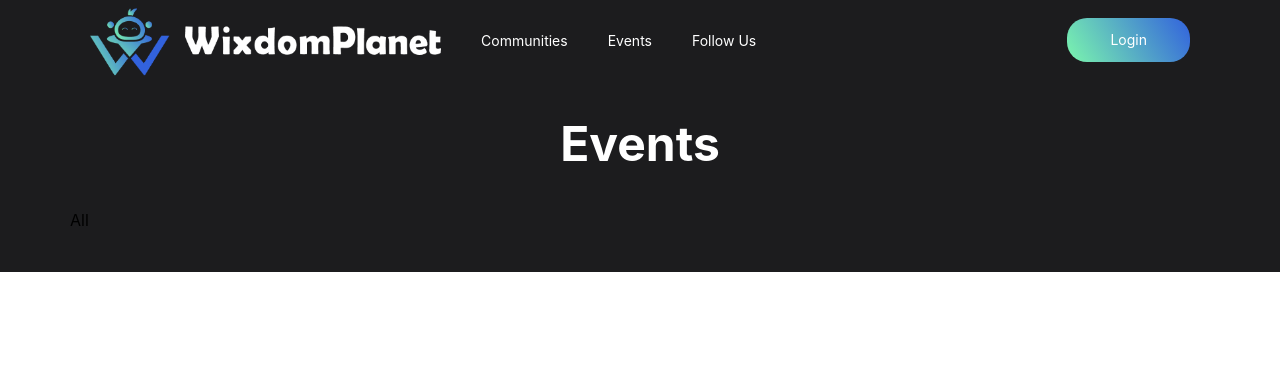
Repository: haudnn/WixdomPlanet-demo
Page: /
The author's editor kept a copy of each file at every save. The page is drawn from the files as they stood at one save, then again after the next save.
The browser window is 1280 px wide. The pictures show the whole page.
The project was rebuilt for these pictures with package versions that can differ from the ones it lists, and the page was loaded fresh each time. Also part of the build but not shown: vite.config.js, src/App.css.

Above is the page before, as saved 2023-02-03 09:57:30.

### src/App.jsx
import "./App.css";
import { BrowserRouter } from "react-router-dom";
import Header from "./components/Layout/Header";
import RoutesConfig from "./config/RoutesConfig";
function App() {
  return (
    <div className="App bg-[#1c1c1e]">
      <BrowserRouter>
        <Header />
        <RoutesConfig/>
      </BrowserRouter>
    </div>
  );
}

export default App;

### src/index.css
@tailwind base;
@tailwind components;
@tailwind utilities;

:root {
  font-family: Inter, system-ui, Avenir, Helvetica, Arial, sans-serif;
}

### src/components/Layout/Header.jsx
import React from 'react'
import { Link } from 'react-router-dom'
import logo from "../../assets/imgs/logo.png"
const Header = () => {
  return (
    <header className='h-[80px]'>
        <div className='max-w-[1140px] my-0 mx-auto h-full px-5'>
            <div className='flex items-center justify-between h-full'>
                <div className='flex items-center gap-x-10'>
                    <div className='h-[80px]'>
                        <Link to="/">
                            <img src={logo} alt="Logo" className='w-full h-full object-cover' />
                        </Link>
                    </div>
                    <ul className='flex items-center gap-x-10'>
                        <li>
                            <Link className='text-sm text-white' to="/communities">Communities</Link>
                        </li>
                        <li>
                            <Link className='text-sm text-white' to="/events">Events</Link>
                        </li>
                        <li>
                            <Link className='text-sm text-white' to="/follow">Follow Us</Link>
                        </li>
                    </ul>
                </div>
                <button style={{background: "linear-gradient(239deg,#3262dd,#7af4ae 98.78%)"}} className='text-sm text-white rounded-[20px] py-3 px-[43px]'>
                    <Link to="/login">Login</Link>
                </button>
            </div>
        </div>
    </header>
  )
}

export default Header

### src/config/RoutesConfig.jsx
import { Routes, Route } from 'react-router-dom';
import routes from '../constants/routes';
function RoutesConfig() {
  return (
    <Routes>
      {routes.map(({ path, component }) => (
        <Route key={path} path={path} element={component} />
      ))}
    </Routes>
  );
}
export default RoutesConfig;

### src/constants/routes.jsx
import Home from "../features/Home";

const routes = [
    {
      path: '/',
      component: <Home/>,
    },
]
export default routes;

### src/features/Home.jsx
import React from 'react'

const Home = () => {
  return (
    <section className='home py-10 max-w-[1140px] my-0 mx-auto'>
        <div className='text-center'>
            <span className="text-white font-bold text-5xl ">Events</span>
        </div>
        <div className='mt-10 flex items-center justify-between'>
            <ul>
                <li>
                    <span>All</span>
                </li>
            </ul>
        </div>
    </section>
  )
}

export default Home

Loaded but not shown: index.html (common file); src/main.jsx (common file); tailwind.config.cjs (common file)

After the next save:
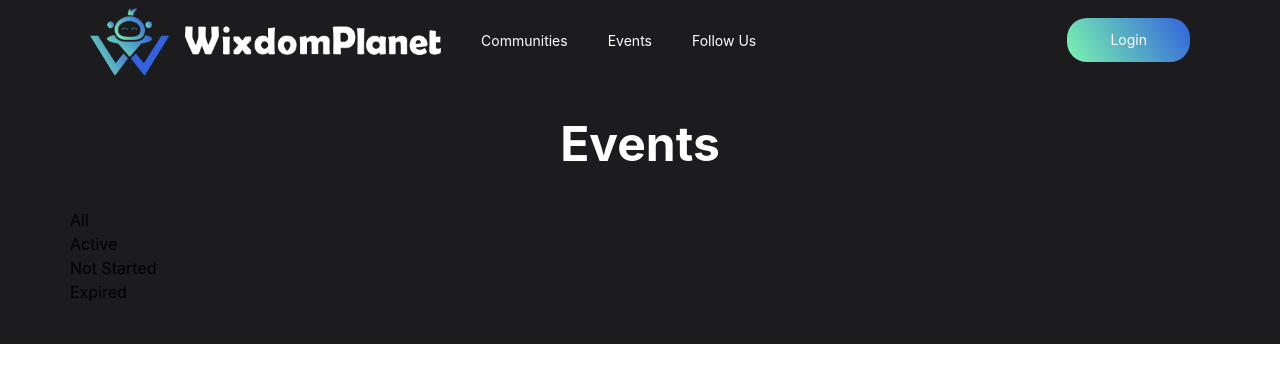
Saved 31 s later.
--- a/src/features/Home.jsx
+++ b/src/features/Home.jsx
@@ -11,6 +11,15 @@
                 <li>
                     <span>All</span>
                 </li>
+                <li>
+                    <span>Active</span>
+                </li>
+                <li>
+                    <span>Not Started</span>
+                </li>
+                <li>
+                    <span>Expired</span>
+                </li>
             </ul>
         </div>
     </section>

After the save that followed:
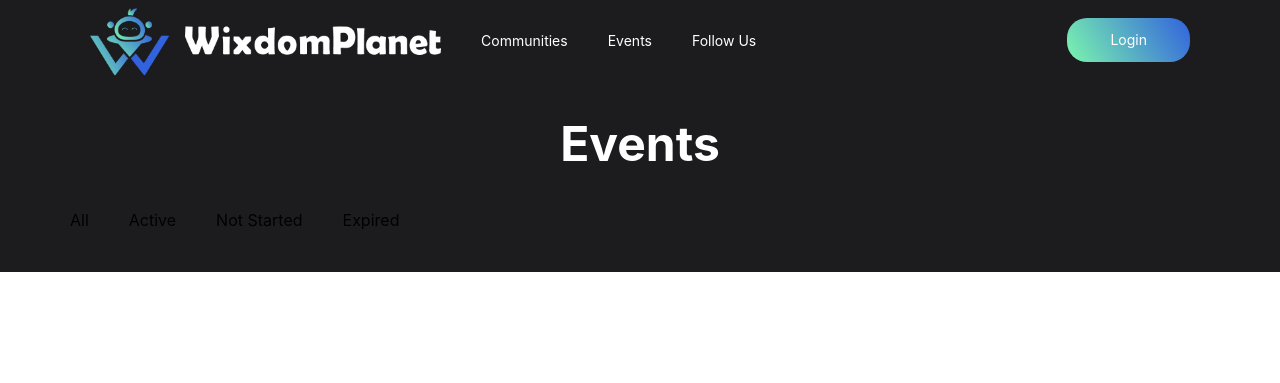
Saved 14 s later.
--- a/src/features/Home.jsx
+++ b/src/features/Home.jsx
@@ -7,7 +7,7 @@
             <span className="text-white font-bold text-5xl ">Events</span>
         </div>
         <div className='mt-10 flex items-center justify-between'>
-            <ul>
+            <ul className='flex items-center gap-x-10'>
                 <li>
                     <span>All</span>
                 </li>
